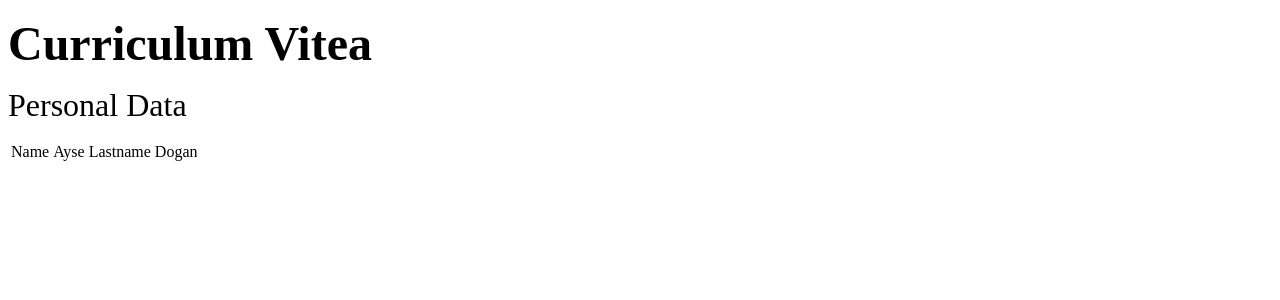
Repository: aysedo/html
Page: Week_2/profile/index.html
These files come from the project's save history. The page is drawn as it stood at one moment and after the next save; the edit follows.
The browser window is 1280 px wide. The pictures show the whole page.

Above is the page before, as saved 2021-08-25 20:49:42.

After the next save:
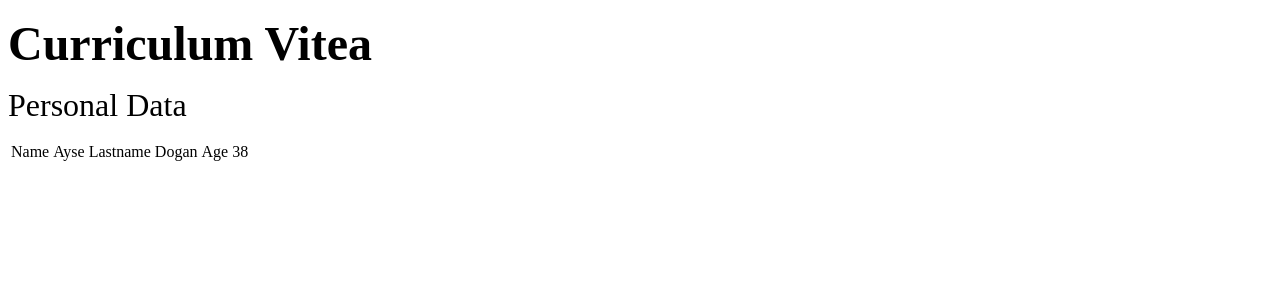
Saved 87 s later.
--- a/Week_2/profile/index.html
+++ b/Week_2/profile/index.html
@@ -16,7 +16,19 @@
           <td> Ayse </td>
           <td> Lastname </td>
           <td> Dogan </td>
-          <td> </td>
+          <td> Age </td>
+          <td> 38 </td>
+          <td></td>
+          <td></td>
+          <td></td>
+          <td></td>
+          <td></td>
+          <td></td>
+          <td></td>
+          <td></td>
+          <td></td>
+          <td></td>
+          <td></td>
           <address> </address>
         </tr>
       </table>
